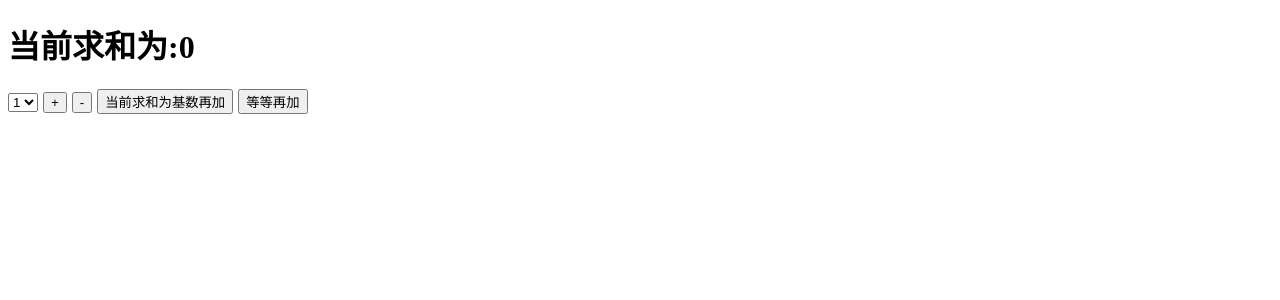
Repository: ldqml/vue.test
Page: / (app in vuexx/)
The author's editor kept a copy of each file at every save. The page is drawn from the files as they stood at one save, then again after the next save.
The browser window is 1280 px wide. The pictures show the whole page.
The project was rebuilt for these pictures with package versions that can differ from the ones it lists, and the page was loaded fresh each time. Also part of the build but not shown: vuexx/vue.config.js.

Above is the page before, as saved 2022-08-20 12:13:32.

### vuexx/src/App.vue
<template>
<div>
    <sum-add></sum-add>
</div>
</template>

<script>
import SumAdd from './components/SumAdd'
export default {
    name:'App',
    components:{SumAdd}
}
</script>

<style>

</style>

### vuexx/src/store/index.js
import Vue from 'vue';
import Vuex from 'vuex';

Vue.use(Vuex)

const actions ={
    Ji(content,value){
        if(content.state.sum % 2){
            content.commit('Add',value)
        }
    },
    Timeadd(content,value){
        setTimeout(() =>{
            content.commit('Add',value)
        },1000)
    }
}
const mutations ={
    Add(state,value){
        state.sum += value
    },
    Jian(state,value){
        state.sum -= value
    }
}
const state ={
    sum:0
}

export default new Vuex.Store({
    actions,
    mutations,
    state
})

### vuexx/src/components/SumAdd.vue
<template>
  <div>
    <h1>当前求和为:{{sum}}</h1>
    <select v-model.number="n">
        <option value="1">1</option>
        <option value="2">2</option>
        <option value="3">3</option>
    </select>
    <button @click="jia">+</button>
    <button @click="jian">-</button>
    <button @click="ji">当前求和为基数再加</button>
    <button @click="deng">等等再加</button>
  </div>
</template>

<script>
import {mapState} from 'vuex'
export default {
    name:'SumAdd',
    data(){
        return{
            n:1,
        }
    },
    methods:{
        jia(){
            this.$store.commit('Add',this.n)
        },
        jian(){
            this.$store.commit('Jian',this.n)
        },
        ji(){
            if(this.$store.state.sum % 2){
                this.$store.dispatch('Ji',this.n)
            }
        },
        deng(){
            setTimeout(
                ()=>{
                    this.$store.dispatch('Timeadd',this.n)
                }
            ,1000)
        }
    },
    computed:{
        ...mapState({sum:'sum'})
    },
    mounted(){

    }
}
</script>

<style>
button{
    margin-left: 5px;
}
</style>

Loaded but not shown: vuexx/public/index.html (common file); vuexx/src/main.js (common file)

After the next save:
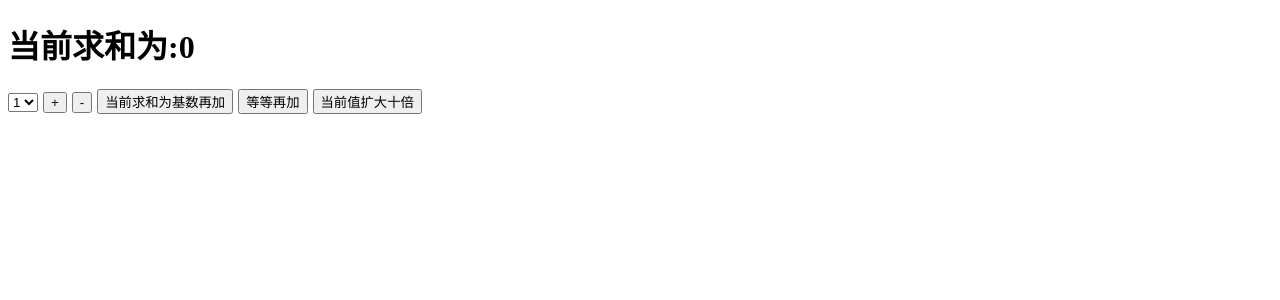
Saved 10 h 9 min later.
--- a/vuexx/src/components/SumAdd.vue
+++ b/vuexx/src/components/SumAdd.vue
@@ -10,6 +10,7 @@
     <button @click="jian">-</button>
     <button @click="ji">当前求和为基数再加</button>
     <button @click="deng">等等再加</button>
+    <button @click="kuo">当前值扩大十倍</button>
   </div>
 </template>
 
